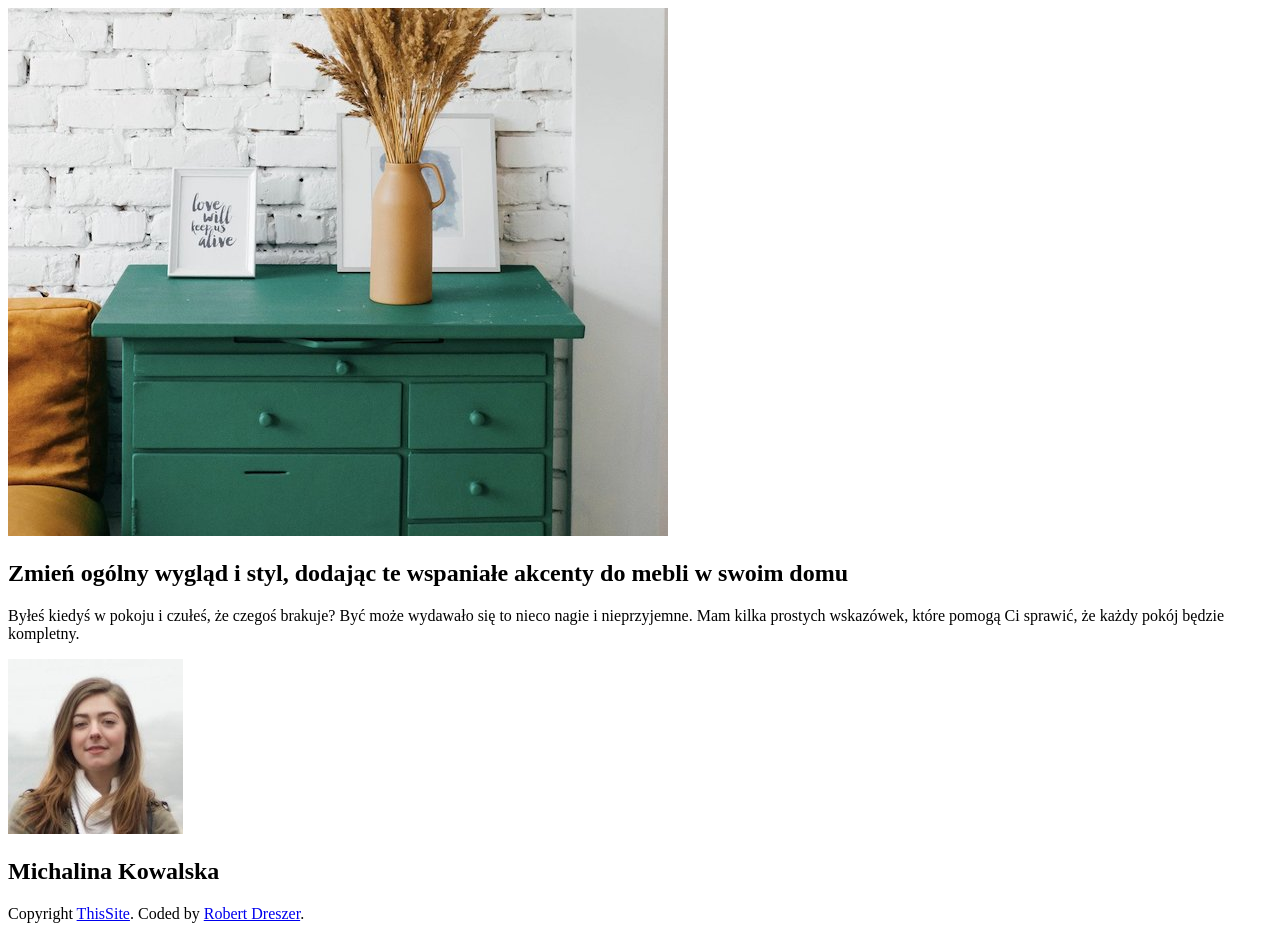
Repository: RobertDsr/komponent-podgl-du-produktu
Page: index.html
The author's editor kept a copy of each file at every save. The page is drawn from the files as they stood at one save, then again after a run of saves.
The browser window is 1280 px wide. The pictures show the whole page.

Above is the page before, as saved 2022-07-14 11:14:31.

### index.html
<!DOCTYPE html>
<html lang="en">
<head>
  <meta charset="UTF-8">
  <meta name="viewport" content="width=device-width, initial-scale=1.0"> <!-- displays site properly based on user's device -->

  <link rel="icon" type="image/png" sizes="32x32" href="./images/favicon-32x32.png">

  <title>Article preview component</title>
</head>
<body>

  <div class="wrapper">
    <img src="./images/drawers.jpg" alt="zielona szafka z ustawionymi na niej gadżetami ">
    <section class="articleDescription">
      <h1 class="Title">Zmień ogólny wygląd i styl, dodając te wspaniałe akcenty do mebli w swoim domu</h1>
      <p>Byłeś kiedyś w pokoju i czułeś, że czegoś brakuje? Być może wydawało się to nieco nagie i nieprzyjemne. Mam kilka prostych wskazówek, które pomogą Ci sprawić, że każdy pokój będzie kompletny.</p>
      <div class="author">
        <img src="./images/avatar-michelle.jpg" alt="Michelle" class="imgAuthor">
        <h2 class="authorName">Michalina Kowalska</h2>
        <time datetime="2022-07-14"></time>
      </div>
    </section>
  </div>

  <div class="attribution">
    Copyright <a href="https://robertdreszer.pl/" target="_blank">ThisSite</a>.
    Coded by <a href="https://robertdreszer.pl/">Robert Dreszer</a>.
  </div>
</body>
</html>

After the next 2 saves:
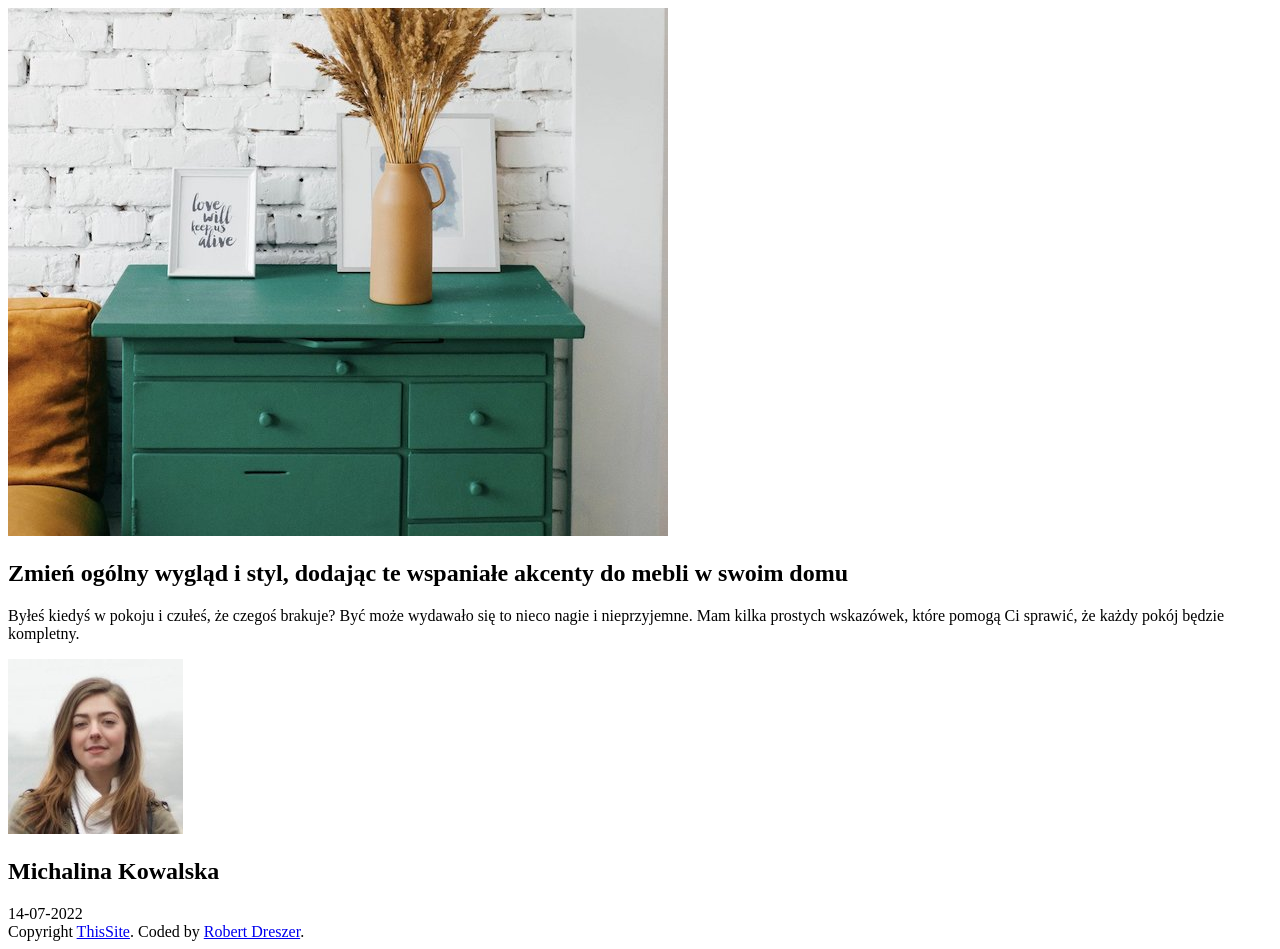
The 2 saves are shown as one change because they came seconds apart.
The last was saved 2 min 2 s later.
--- a/index.html
+++ b/index.html
@@ -18,7 +18,7 @@
       <div class="author">
         <img src="./images/avatar-michelle.jpg" alt="Michelle" class="imgAuthor">
         <h2 class="authorName">Michalina Kowalska</h2>
-        <time datetime="2022-07-14"></time>
+        <time datetime="2022-07-14">14-07-2022</time>
       </div>
     </section>
   </div>
